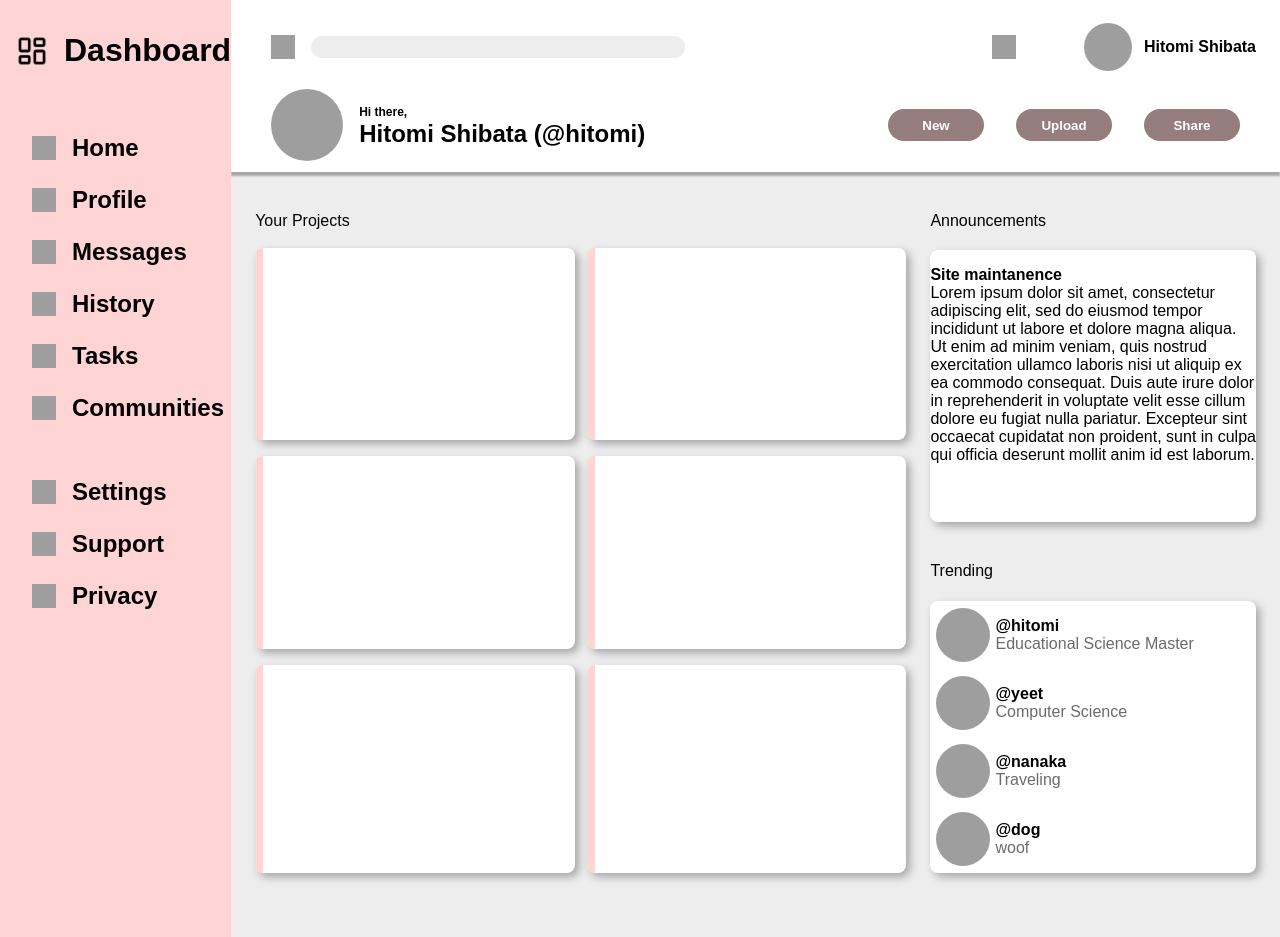
Repository: yeetzpxoci/dashboard
Page: index.html
These files come from the project's save history. The page is drawn as it stood at one moment and after the next save; the edit follows.
The browser window is 1280 px wide. The pictures show the whole page.
Pictures or frames that could not be fetched are drawn as grey boxes.

Above is the page before, as saved 2023-02-19 13:56:47.

After the next save:
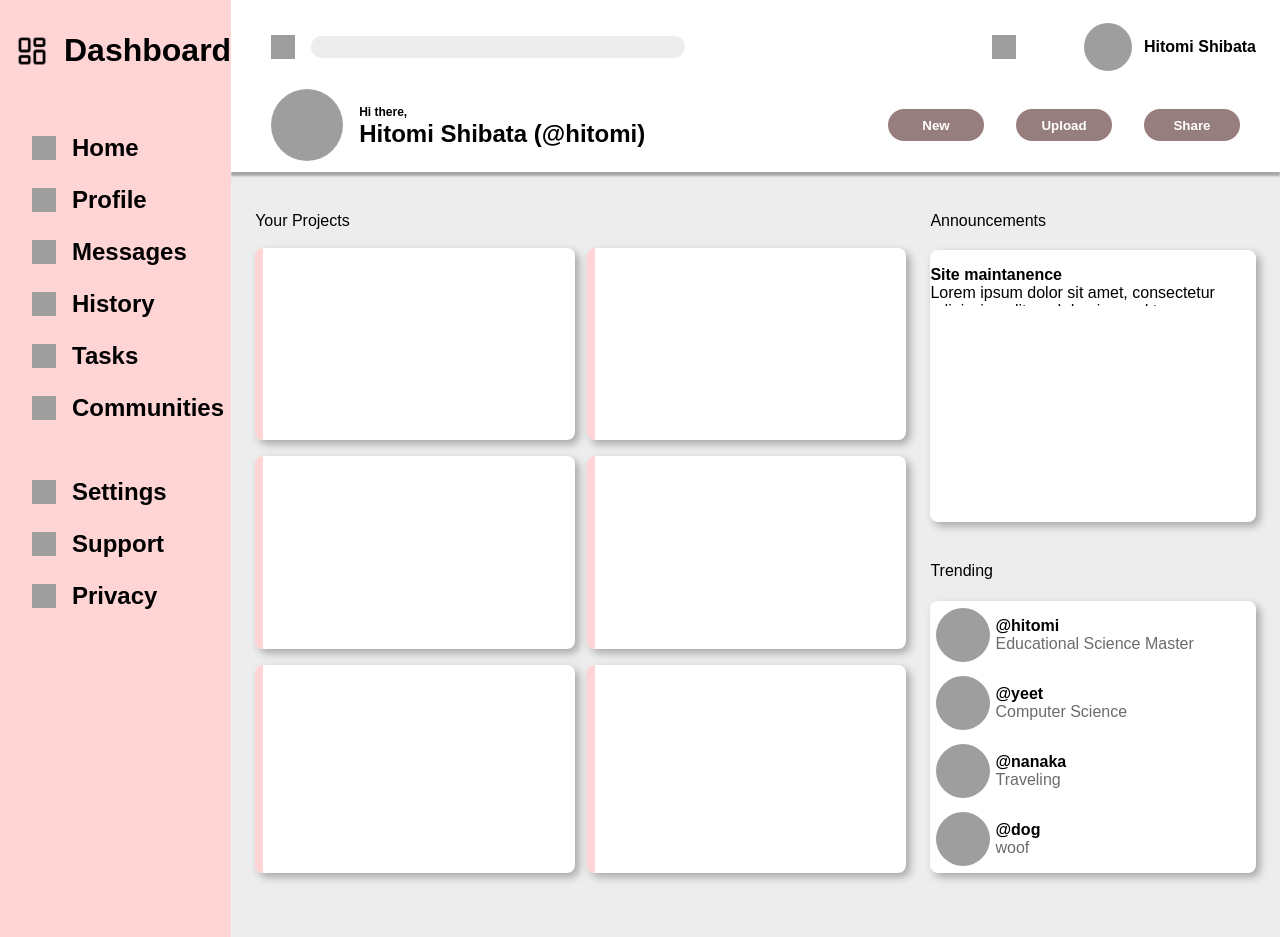
Saved 59 s later.
--- a/styles.css
+++ b/styles.css
@@ -210,6 +210,9 @@
     box-shadow: 4px 4px 8px rgb(0, 0, 0, 0.3);
     display: grid;
     grid-template-rows: 72px 2px 72px 2px 72px;
+}
+
+.announcements p {
     overflow: hidden;
 }
 

After the 2 saves that followed:
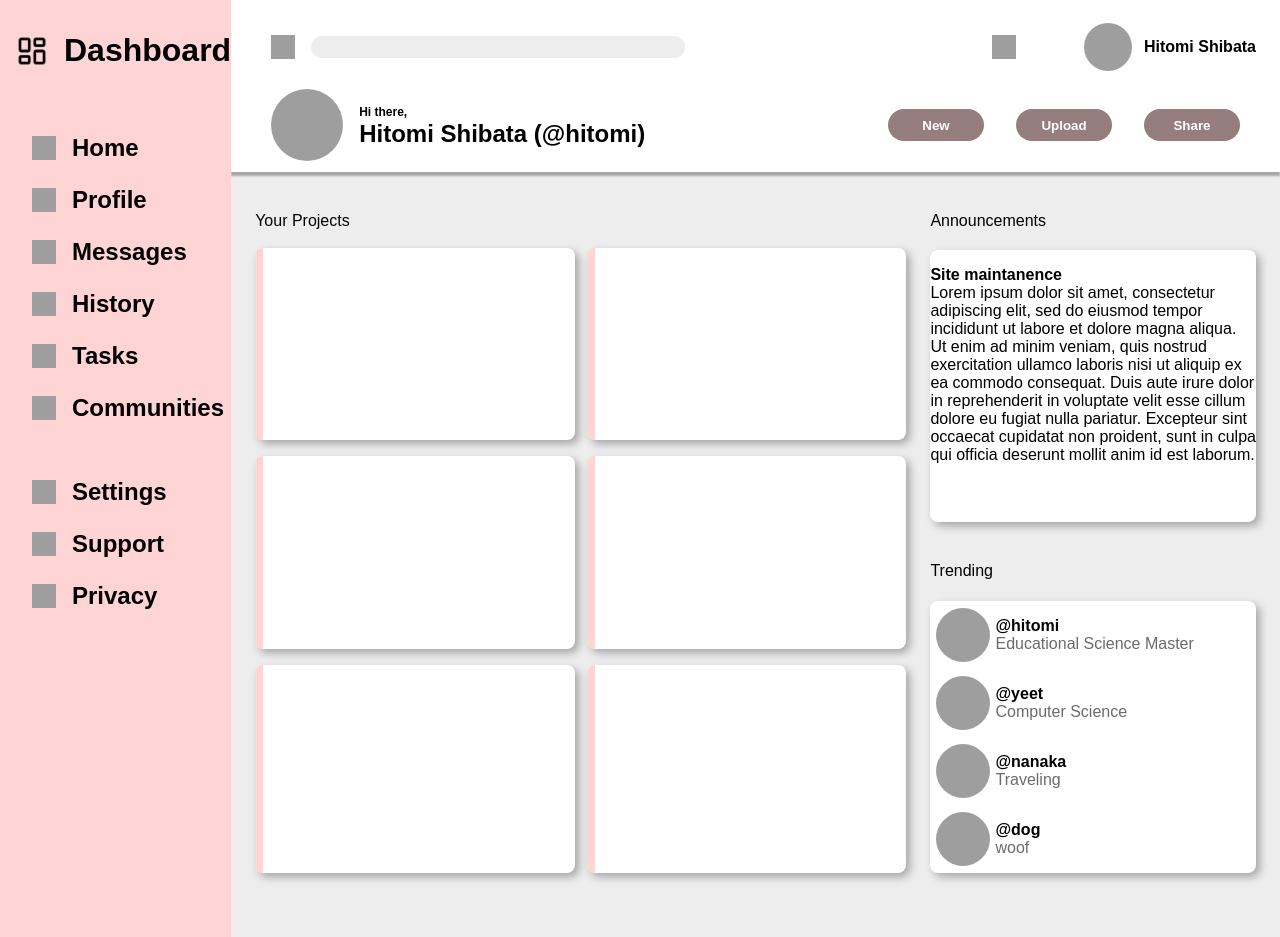
The 2 saves are shown as one change because 1 left the picture as it was.
The last was saved 15 s later.
--- a/styles.css
+++ b/styles.css
@@ -213,7 +213,7 @@
 }
 
 .announcements p {
-    overflow: hidden;
+    overflow: visible;
 }
 
 
